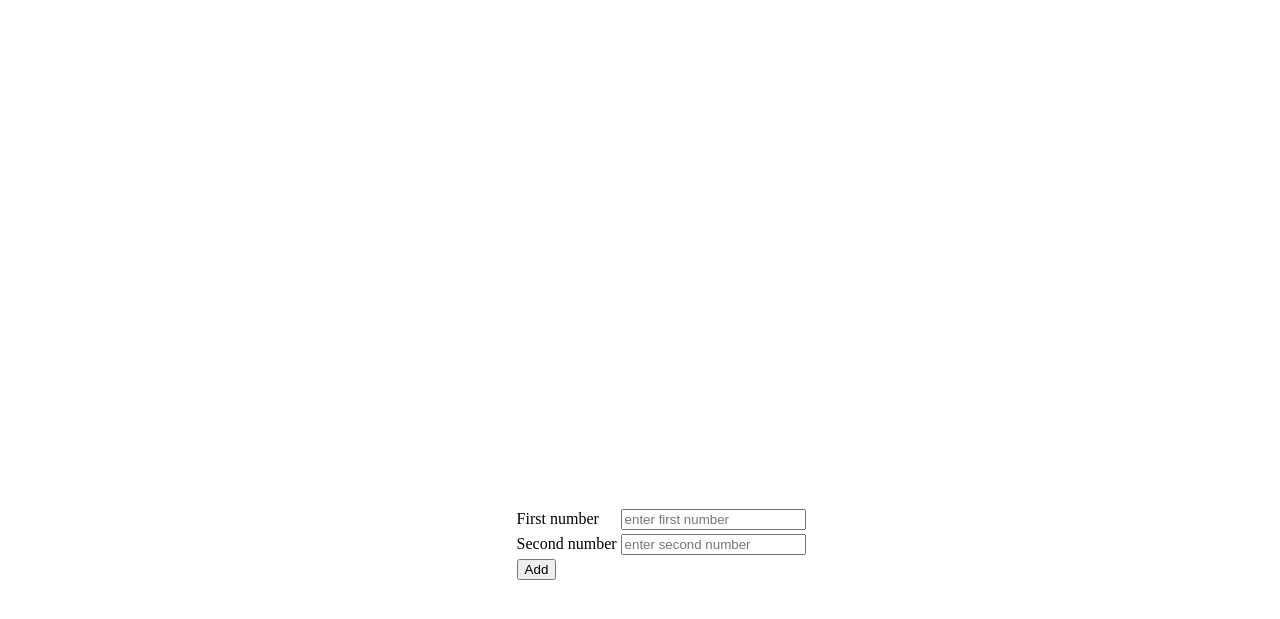
Repository: vima107/JDBC-CRUD-OPERATIONS
Page: addition/src/main/webapp/index.html
An editor plug-in stored every save of this project. The page is shown before and after the next save, followed by the edit.
The browser window is 1280 px wide. The pictures show the whole page.

Above is the page before, as saved 2024-10-09 10:43:26.

After the next save:
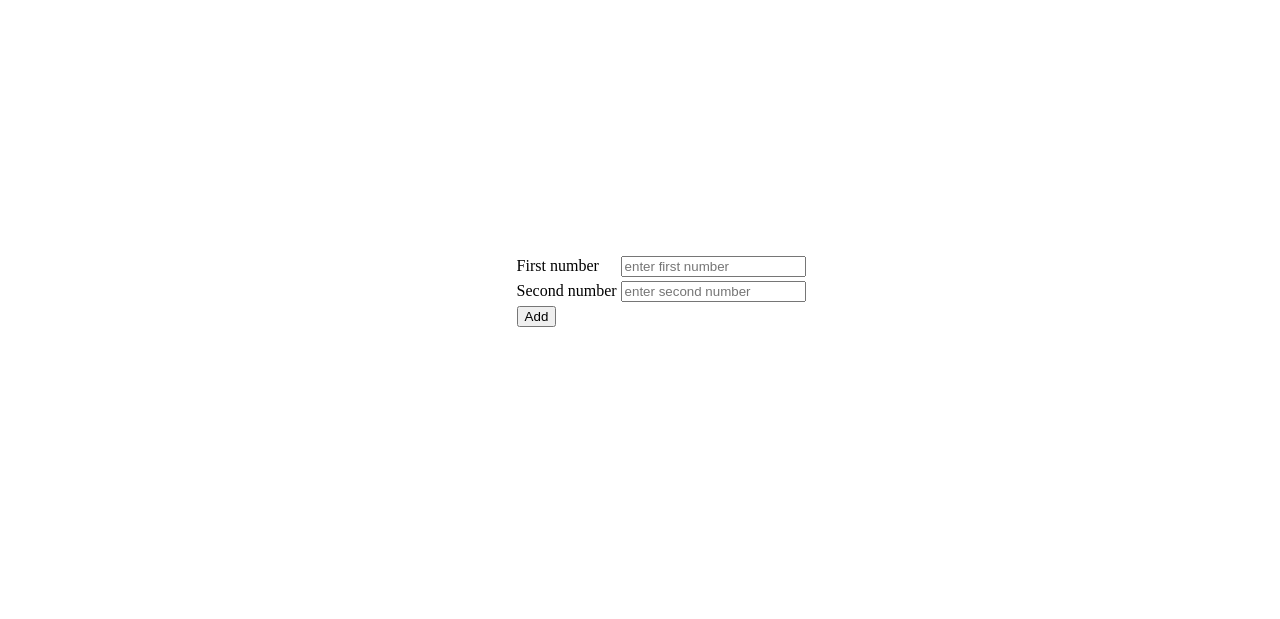
Saved 20 s later.
--- a/addition/src/main/webapp/index.html
+++ b/addition/src/main/webapp/index.html
@@ -6,7 +6,7 @@
 </head>
 <body>
 
-	<table style="margin-left:40%;margin-top:40%">
+	<table style="margin-left:40%;margin-top:20%">
 	<form action="/addition/Add">
 		<tr>
 			<td>First number</td>
